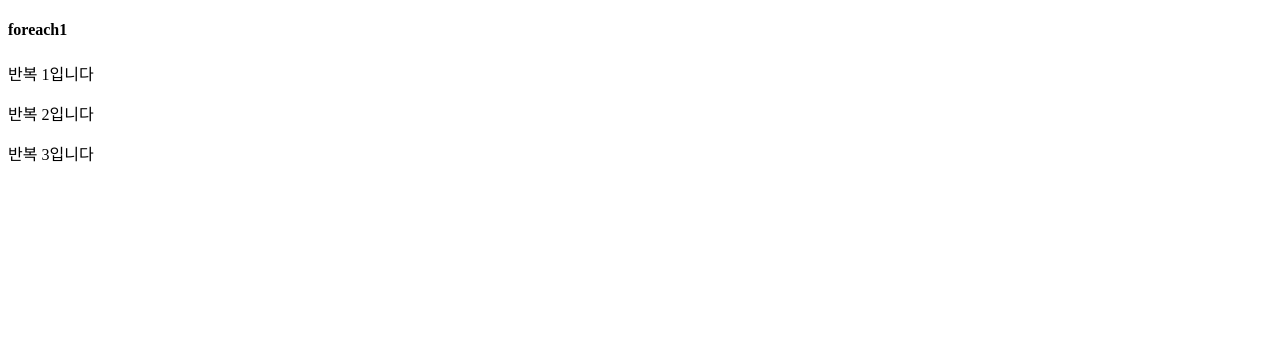
Repository: bluelessman/JSPServlet
Page: http://localhost/ServletStudy/11JSTL/ForEachNormal.jsp
These files come from the project's save history. The page is drawn as it stood at one moment and after the next save; the edit follows.
The browser window is 1280 px wide. The pictures show the whole page.
The page is served by Tomcat 10.

Above is the page before, as saved 2023-12-19 02:54:44.

After the next save:
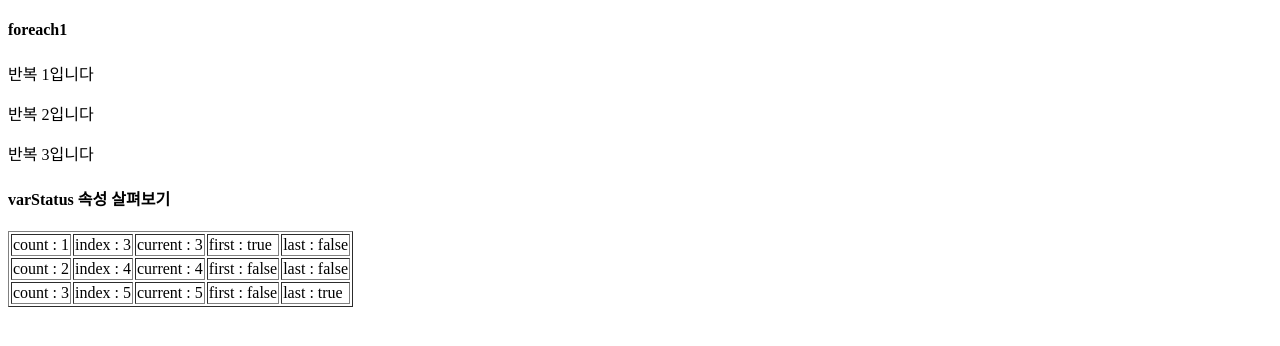
Saved 2 min 44 s later.
--- a/ServletStudy/src/main/webapp/11JSTL/ForEachNormal.jsp
+++ b/ServletStudy/src/main/webapp/11JSTL/ForEachNormal.jsp
@@ -12,6 +12,17 @@
 <c:forEach begin="1" end="3" step="1" var="i">
 <p>반복 ${i }입니다</p>
 </c:forEach>
-
+<h4>varStatus 속성 살펴보기</h4>
+<table border="1">
+<c:forEach begin="3" end="5" var="i" varStatus="loop">
+<tr>
+<td>count : ${loop.count }</td>
+<td>index : ${loop.index }</td>
+<td>current : ${loop.current }</td>
+<td>first : ${loop.first }</td>
+<td>last : ${loop.last }</td>
+</tr>
+</c:forEach>
+</table>
 </body>
 </html>
